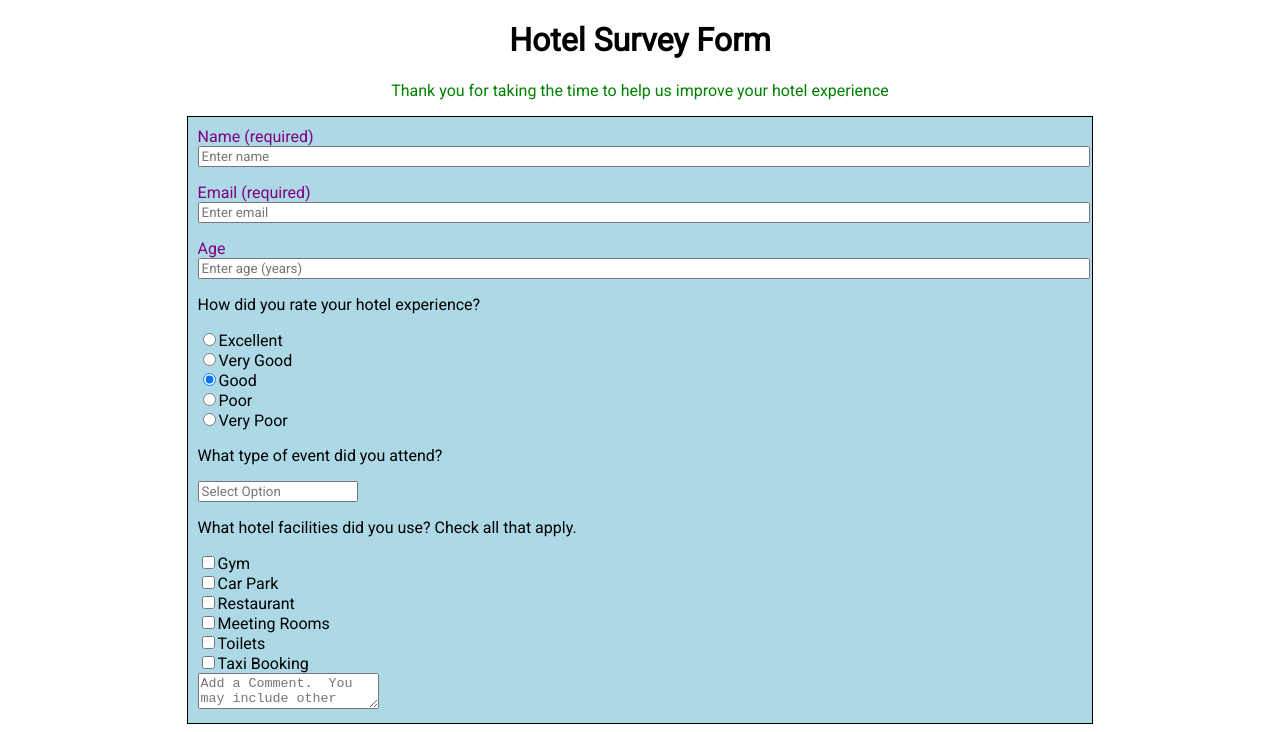
Repository: derektypist/survey-form
Page: index.html
The author's editor kept a record of every edit. The page is drawn from the files as they stood at one moment, then again after the next edit.
The browser window is 1280 px wide. The pictures show the whole page.

Above is the page before.

After the next edit:
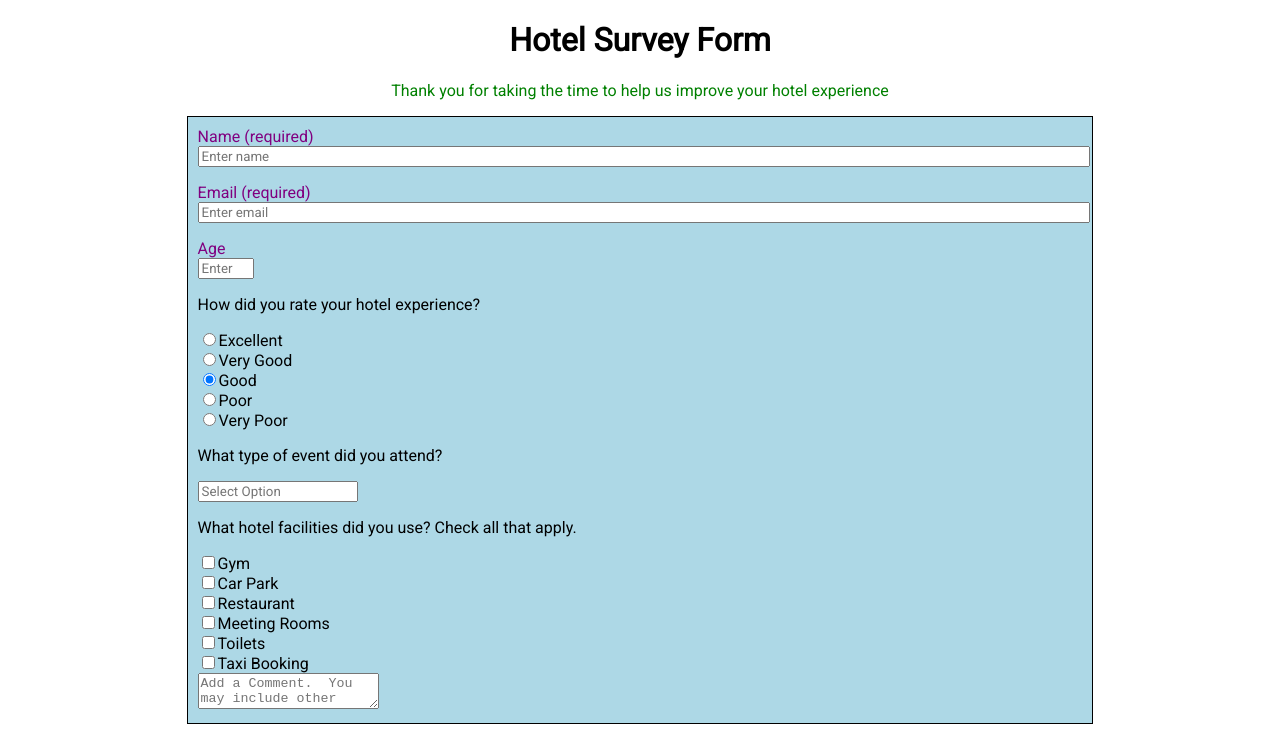
The edit:
--- a/index.html
+++ b/index.html
@@ -58,14 +58,6 @@
         }
 
         input[placeholder] {
-            font-family: "Roboto", Arial, Verdana, sans-serif;
-        }
-
-        #number {
-            width: 100%;
-        }
-
-        #number[placeholder] {
             font-family: "Roboto", Arial, Verdana, sans-serif;
         }
 

After the 2 edits that followed:
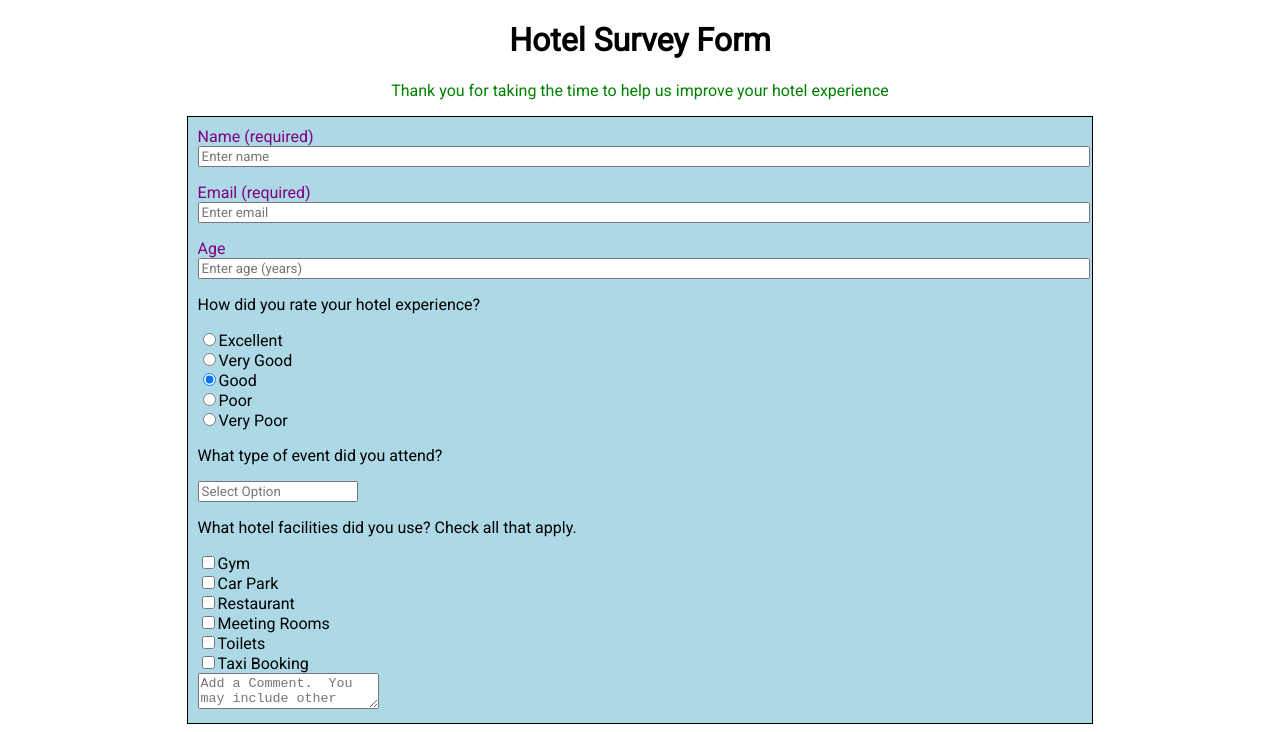
The 2 edits are shown as one change because 1 left the picture as it was.
The edit:
--- a/index.html
+++ b/index.html
@@ -49,11 +49,11 @@
             width: 100%;
         }
 
-        #name[placeholder] {
-            font-family: "Roboto", Arial, Verdana, sans-serif;
+        #email {
+            width: 100%;
         }
 
-        #email {
+        #number {
             width: 100%;
         }
 
